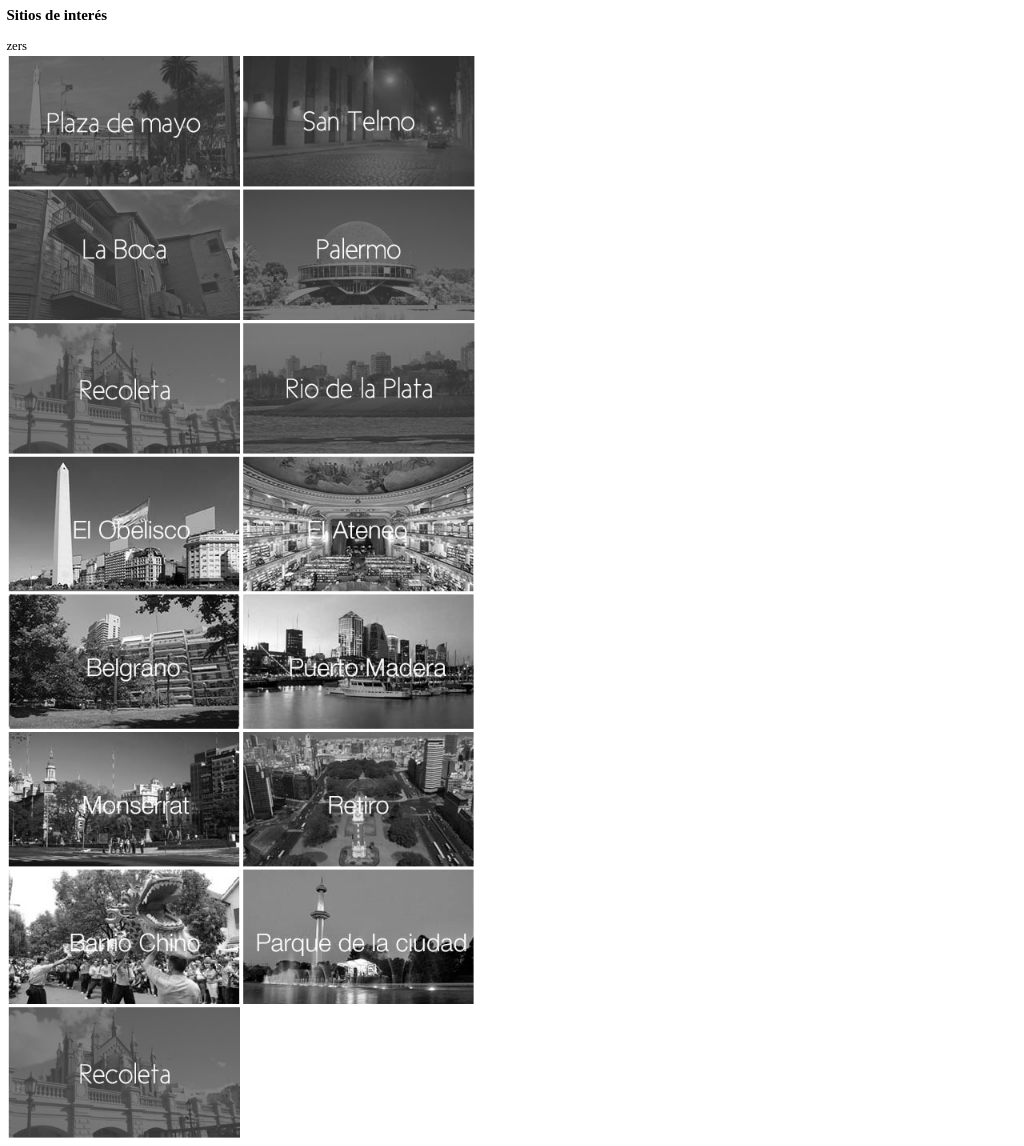
Repository: pacoigloo/Anexia
Page: sitios.html
The author's editor kept a record of every edit. The page is drawn from the files as they stood at one moment, then again after the next edit.
The browser window is 1280 px wide. The pictures show the whole page, at 80% of full size.

Above is the page before.

### sitios.html
       <div id="interContainer">
        <h3>Sitios de interés</h3>
        <div id= "mapContainer">
            <div ng-app="mapsApp" ng-controller="mapa">
            <div id="map"></div>
            <!-- <div id="class" ng-repeat="marker in markers | orderBy : 'title'">
                <a href="#" ng-click="openInfoWindow($event, marker)">{{marker.title}}</a>
            </div>-->
        </div>
        </div>
    </div>
    <div id="inBtnContainer">
    <table>
                <tr>zers
                    <td ><img class="tdIzq" onclick="initialize('plaza')" src="img/plaza-mayo.jpg"></img></td>
                    <td ><img class="tdDer" onclick="initialize('telmo')" src="img/san-telmo.jpg"></img></td>
                </tr>
                 <tr>
                    <td ><img class="tdIzq" onclick="initialize('boca')" src="img/la-boca.jpg"></img></td>
                    <td ><img class="tdDer" onclick="initialize('palermo')" src="img/palermo.jpg"></img></td>
                </tr>
                 <tr>
                    <td ><img class="tdIzq" onclick="initialize('recoleta')" src="img/recoleta.jpg"></img></td>
                    <td ><img class="tdDer" onclick="initialize('plata')" src="img/rio-plata.jpg"></img></td>
                </tr>
                <tr>
                    <td ><img class="tdIzq" onclick="initialize('obelisco')" src="img/obelisco.jpg"></img></td>
                    <td ><img class="tdDer" onclick="initialize('ateneo')" src="img/ateneo.jpg"></img></td>

                </tr>
                <tr>
                    <td ><img class="tdIzq" onclick="initialize('belgrano')" src="img/belgrano.jpg"></img></td>
                    <td ><img class="tdDer" onclick="initialize('madero')" src="img/puerto-madero.jpg"></img></td>
                </tr>

                <tr>
                    <td ><img class="tdIzq" onclick="initialize('monserrat')" src="img/monserrat.jpg"></img></td>
                    <td ><img class="tdDer" onclick="initialize('retiro')" src="img/retiro.jpg"></img></td>
                </tr>

                <tr>
                    <td ><img class="tdIzq" onclick="initialize('chino')" src="img/chino.jpg"></img></td>
                    <td ><img class="tdDer" onclick="initialize('parque')" src="img/parque-ciudad.jpg"></img></td>
                </tr>

                <tr>
                    <td ><img class="tdIzq" onclick="initialize('')" src="img/recoleta.jpg"></img></td>
                </tr>
    </table>
    </div>
    <div id="descripcionSite" style="display:none" >
        <div id="descripcionText">

        </div>
       <div id="btnVolverMenu" onclick="volverMenu()">
           <img id="imgFlechaIzq" src="img/flecha-izquierda.png"></img>
           <div id="volverText">
               <p>
                 Volver
               </p>
           </div>

       </div>
    </div>

After the next edit:
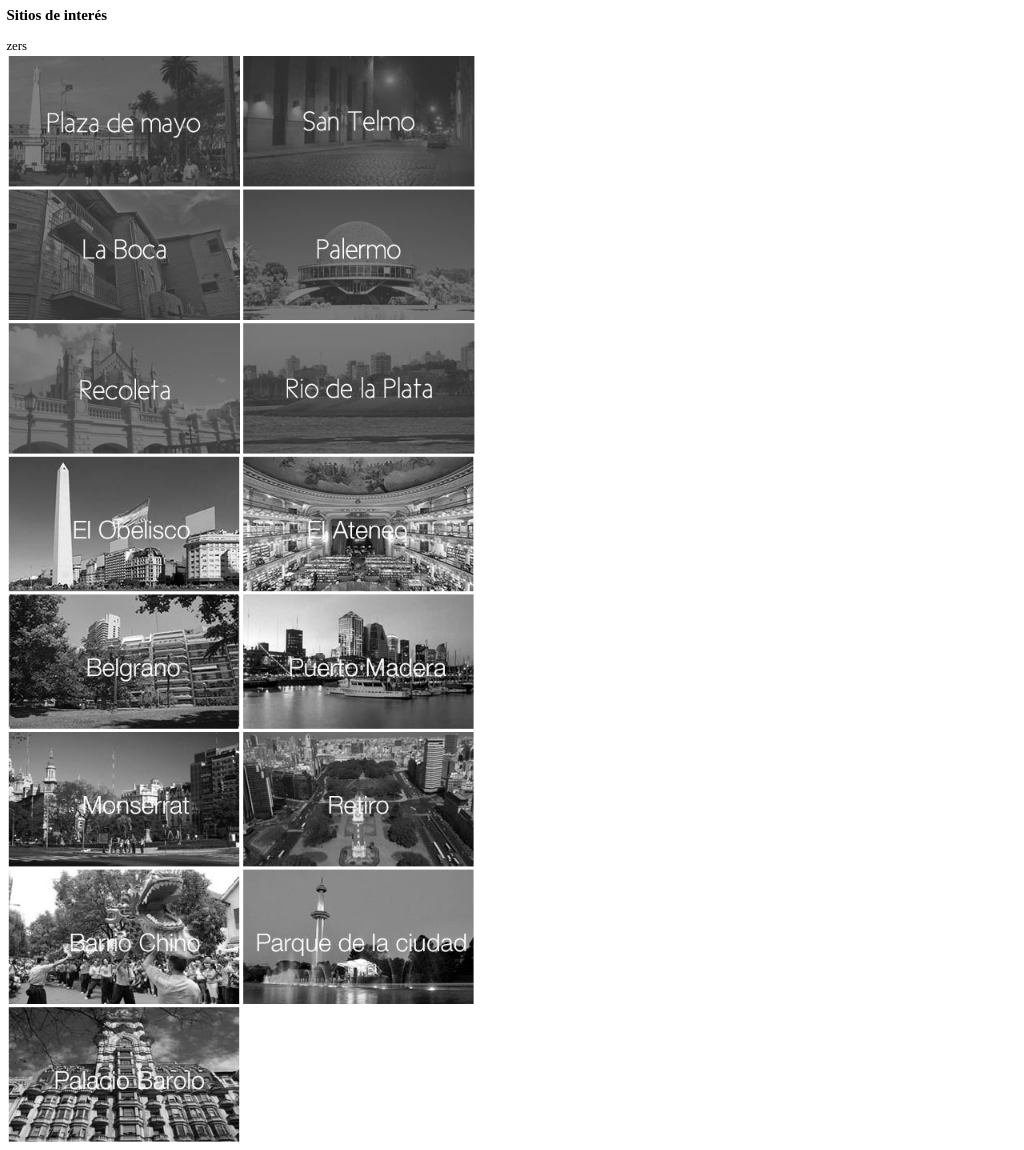
The edit:
--- a/sitios.html
+++ b/sitios.html
@@ -44,7 +44,7 @@
                 </tr>
 
                 <tr>
-                    <td ><img class="tdIzq" onclick="initialize('')" src="img/recoleta.jpg"></img></td>
+                    <td ><img class="tdIzq" onclick="initialize('barolo')" src="img/barolo.jpg"></img></td>
                 </tr>
     </table>
     </div>
